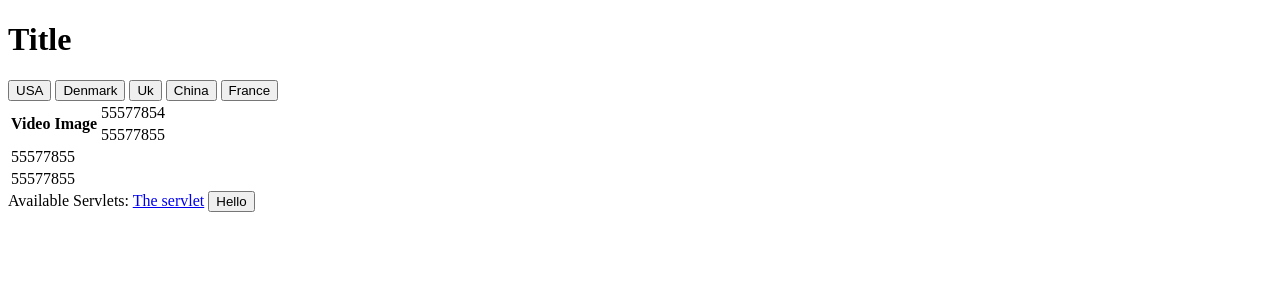
Repository: isauraAlmar/App-Engine-and-Internationalization-with-Java
Page: http://localhost/Marven/
These files come from the project's save history. The page is drawn as it stood at one moment and after the next save; the edit follows.
The browser window is 1280 px wide. The pictures show the whole page.
Some web fonts or font styles are not loaded; a fallback is used. The page is served by Tomcat 9.

Above is the page before, as saved 2017-05-04 10:53:54.

After the next save:
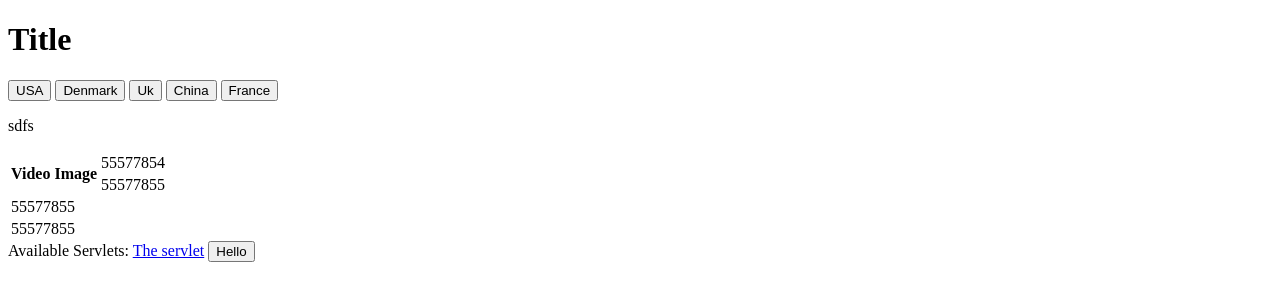
Saved 30 s later.
--- a/Marven/src/main/webapp/index.jsp
+++ b/Marven/src/main/webapp/index.jsp
@@ -33,7 +33,7 @@
 	<button >China</button>
 	<button >France</button>
 
-
+ <p>sdfs</p>
  <table>
   <tr>
     <th rowspan="2">Video Image</th>
